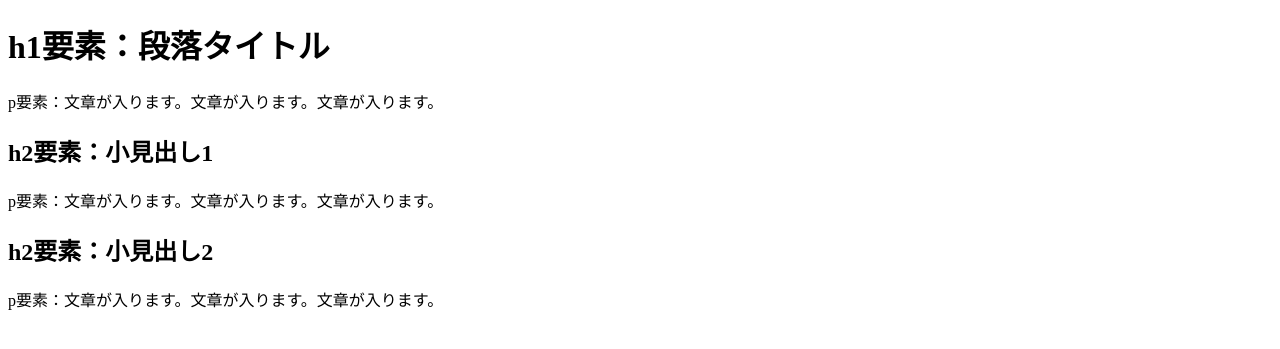
Repository: chiccha-ino/samurai_HTML-CSS
Page: index.html
The author's editor kept a record of every edit. The page is drawn from the files as they stood at one moment, then again after the next edit.
The browser window is 1280 px wide. The pictures show the whole page.

Above is the page before.

### index.html
<!DOCTYPE html>
<html lang="ja">
    <head>
        <meta charset="UTF-8">
        <title>HTML/CSSの学習</title>
    </head>
    <body>
        <h1 class="blue">h1要素：段落タイトル</h1>
        <p>p要素：文章が入ります。文章が入ります。文章が入ります。</p>
        <h2 class="blue">h2要素：小見出し1</h2>
        <p class="fs-25">
            p要素：文章が入ります。文章が入ります。文章が入ります。
        </p>
        <h2 id="red">h2要素：小見出し2</h2>
        <p style="fw-bold">
            p要素：文章が入ります。文章が入ります。文章が入ります。
        </p>
    </body>
</html>

### stylesheet.css
@charset "utf-8";

body {
        margin: 0;
        padding: 0;
        font-family: "ヒラギノ角ゴ Pro W3", "Hiragino Kaku Gothic Pro", "メイリオ", Meiryo, Osaka, "ＭＳ Ｐゴシック", "MS PGothic", sans-serif;
	    color: #333;
        font-size: 13px;
        line-height: 150%;
}

/* ------------------------------------ wrapper ------------------------------------*/
#wrapper {
    width: 100%;
    margin: auto;
    margin-top: -10px;
    padding: 0px;
    border: 0px;
    background-color: #FFF;
    top: 10px;
    position: relative;
}

/* ------------------------------------ header ------------------------------------*/
#header {
    width: 100%;
}
#header h1 {
    margin: 0;
    padding: 0;
}

#corridor {
    width: 100%;
    height: auto;
}

/* ------------------------------------ fotter ------------------------------------*/
#fotter {
    clear: both;
    width: 100%;
    padding: 3px 0 3px 0;
    background: #39F;
    color: #FFF;
    font-weight: bold;
    text-align: center;
}
/* ------------------------------------ nav ------------------------------------*/
#nav {
    width: 100%;
}
#nav ul {
    display: flex;
    margin: 0;
    padding: 0;
    list-style-type: none;
}
#nav ul li {
    /*float: left;*/
    width: 20%;
    text-align: center;
}
#nav ul li a {
    display: block;
    height: 20px;
    margin: 0;
    padding: 10px;
    color: #FFF;
    font-size: 20px;
    text-decoration: none;
    background-color: green;
}

#nav ul li a:hover {
    filter: drop-shadow(10px 10px 10px black);
}

/* ------------------------------------ container ------------------------------------*/
#container {
    width: 100%;
    margin: auto ;
    padding: auto;
    padding-top: auto;
    clear: both;
    display: grid;
    grid-template-columns: 70vw 30vw;
}
/* ------------------------------------ main ------------------------------------*/
#main {
    float: left;
    /*width: 60%;*/
    width: 95%;
    padding: 10px 30px 10px 10px;
}
#main h2 {
    margin: 0 0 10px 0;
    padding: 3px 10px 3px 10px;
    color: #FFF;
    font-size: 16px;
    border-left: solid 10px #C00;
    background: #F90 url(../images/main_h2.jpg) right top repeat-y;
}
#main p {
    margin: 0;
    padding: 0;
}
#main .post {
    margin: 0 0 30px 0;
}

#main .post img.right {
    margin: 0 0 0 8px;
}
#main .post img.left {
    margin: 0 8px 0 0;
}

.right {
    float: right;
    width: 40%;
    height: auto;
}

.left {
    float: left;
    width: 40%;
    height: auto;
}

/* ------------------------------------ clearfix ------------------------------------*/
.clearfix {
    zoom: 1;
}

.clearfix:after{
    content: "";
    display: block;
    clear: both;
}
/* ------------------------------------ side ------------------------------------*/
#side {
    /*float: right;
    width: 30%;*/
    width: 85%;
    padding: 20px;
    background-color: #F99;
}
#side .box {
    margin: 0 auto 30px auto;
    padding: 0 0 20px 0;
    background: url(images/side_box.png) bottom no-repeat;
}
#side .box h2 {
    margin: 0;
    padding: 8px;
    text-align: center;
    color: #FFF;
    font-size: 16px;
    line-height: 16px;
    font-weight: normal;
    background: url(images/side_box_h2.png) center no-repeat;
}
#side .box .boxBody {
    padding: 8px;
    border-right: solid 1px #C36;
    border-bottom: solid 1px #C36;
    border-left: solid 1px #C36;
    background: #fff;
}
#side .box .boxBody ul li {
    padding: 8px 0 8px 4px;
    list-style: none;
    border-bottom: solid 1px #C36;
}

#side .box .boxBody ul li:hover {
    padding: 8px 0 8px 4px;
    list-style: none;
    border-bottom: solid 1px #C36;
    box-shadow: 0px 4px 4px rgba(0, 0, 0, 0.3);
}

After the next edit:
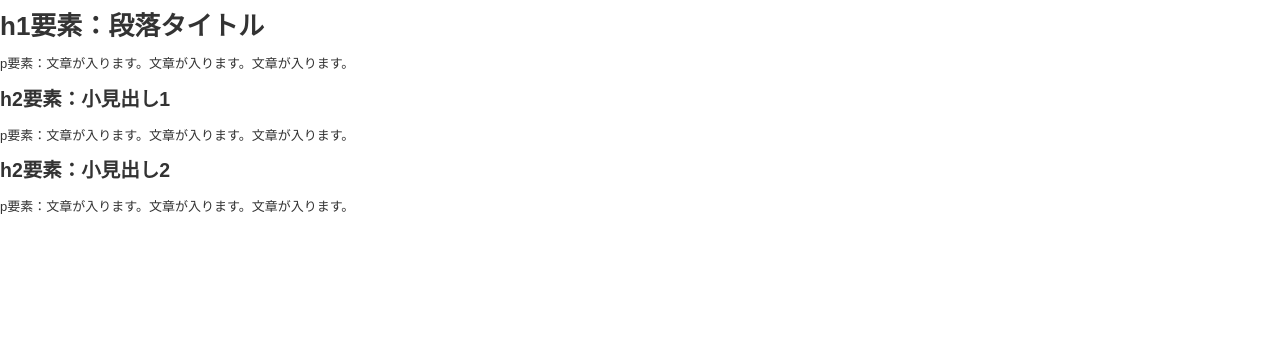
The edit:
--- a/index.html
+++ b/index.html
@@ -3,6 +3,7 @@
     <head>
         <meta charset="UTF-8">
         <title>HTML/CSSの学習</title>
+        <link rel="stylesheet" href="stylesheet.css">
     </head>
     <body>
         <h1 class="blue">h1要素：段落タイトル</h1>
